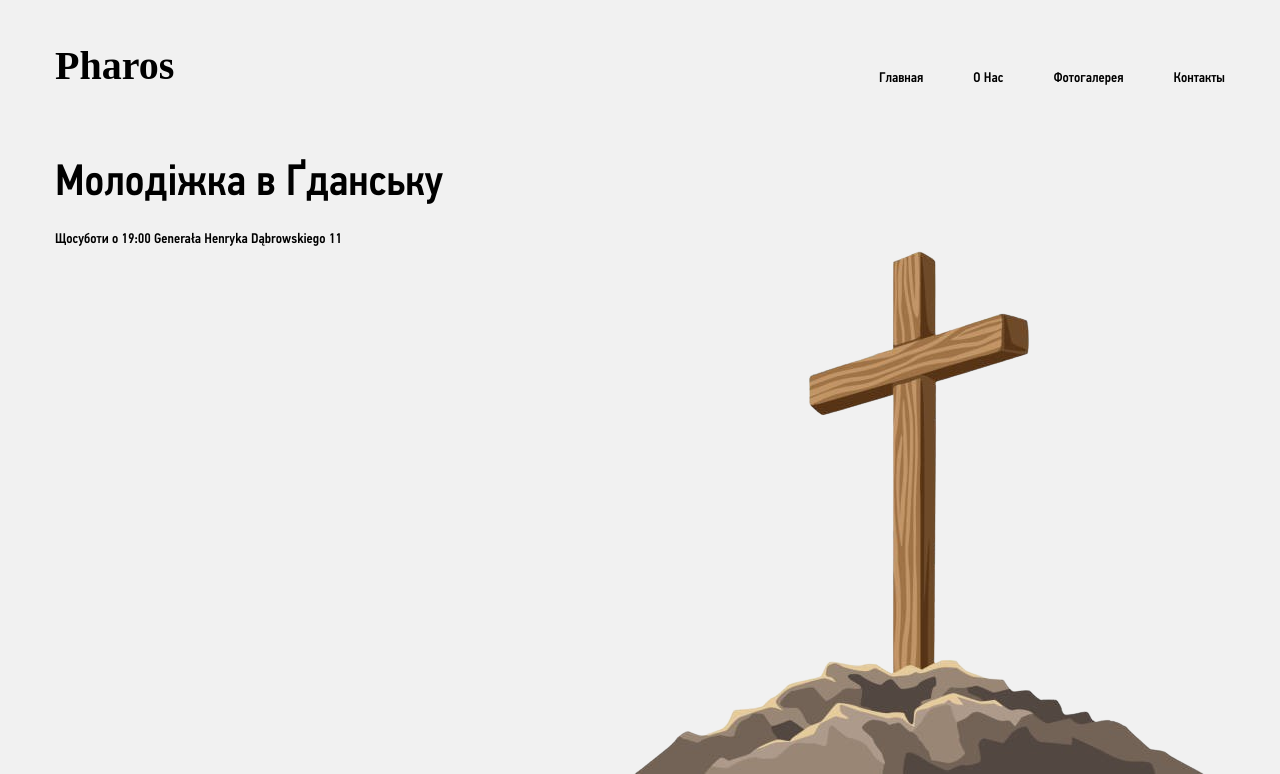
Repository: Bohdan-Sandovenko/youth-project
Page: index.html
An editor plug-in stored every save of this project. The page is shown before and after the next save, followed by the edit.
The browser window is 1280 px wide. The pictures show the whole page.
Some web fonts or font styles are not loaded; a fallback is used. The style sheet was rebuilt from its Sass, Less or Tailwind sources for each picture, by a compiler version that may differ from the author's.

Above is the page before, as saved 2024-09-10 11:07:23.

### index.html
<!DOCTYPE html>
<html lang="en">
<head>
    <meta charset="UTF-8">
    <meta name="viewport" content="width=device-width, initial-scale=1.0">
    <title>Pharos - Christian youth</title>
    <link rel="stylesheet" href="css/style.css">
    <link rel="stylesheet" href="css/media.css">
</head>
<body>
    <header class="header">
        <div class="container">
            <!--Header nav-->
            <div class="header-nav">
                <a href="#!" class="logo">Pharos</a>
                <nav class="nav">
                    <ul class="nav-list">
                        <li class="nav-item"><a href="" class="nav-link">Главная</a></li>
                        <li class="nav-item"><a href="" class="nav-link">О Нас</a></li>
                        <li class="nav-item"><a href="" class="nav-link">Фотогалерея</a></li>
                        <li class="nav-item"><a href="" class="nav-link">Контакты</a></li>
                    </ul>
                </nav>
            </div>
            <!--header content-->
            <div class="header-row">
                <div class="header-content">
                    <h1 class="header-heading">Молодіжка в Ґданську</h1>
                    <p>Щосуботи о 19:00 Generała Henryka Dąbrowskiego 11</p>
                </div>
                <div class="header-img">
                    <img src="./img/cross-chrisitian.png" alt="">
                </div>
            </div>
        </div>
    </header>
    <script src="./js/main.js"></script>
</body>
</html>

### css/style.scss
@import "nullstyles.scss";

@font-face {
    font-family: 'Poppins';
    src: url('../fonts/Poppins/PFDinTextCondPro-Medium.woff2') format('woff2');
    font-weight: 900;
    font-style: bold;
    font-display: swap;
}

@font-face {
    font-family: 'Permanent Marker';
    src: url('../fonts/Permanent/PermanentMarker-Regular.woff2') format('woff2');
    font-weight: normal;
    font-style: normal;
    font-display: swap;
}

body {
    color: black;
    font-family: 'Poppins', sans-serif;

    .header {
        padding: 46px 0px 0px 0px;
        background-color: #F1F1F1;

        .container {
            max-width: 1230px;
            padding: 0 30px;
            margin: 0 auto;

            .header-nav {
                display: flex;
                justify-content: space-between;
                align-items: flex-end;
                margin-bottom: 76px;

                .logo {
                    font-family: 'Permanent Marker';
                    font-weight: 700;
                    font-size: 40px;
                    color: black;
                }

                .nav-list {
                    display: flex;
                    column-gap: 50px; //оступы между элементами
                    font-size: 14px;

                    .nav-item {
                        .nav-link {
                            color: black;

                            &:hover {
                                color: #606060;
                            }
                        }
                    }
                }
            }

            .header-row {
                display: flex;
                justify-content: space-between;
                column-gap: 30px;

                .header-content {
                    max-width: 500px;

                    .header-heading {
                        font-weight: 600;
                        margin-bottom: 20px;
                        font-size: 44px;
                    }

                    p {
                        line-height: 2;
                    }
                }
            }
        }
    }
}

### css/nullstyles.scss
* {
    padding: 0;
    margin: 0;
    border: 0;
}


*,
*:before,
*:after {
    -webkit-box-sizing: border-box;
    -moz-box-sizing: border-box;
    box-sizing: border-box;
}


:focus,
:active {
    outline: none;
}

a:focus,
a:active {
    outline: none;
}


nav,
footer,
header,
aside {
    display: block;
}


html,
body {
    height: 100%;
    width: 100%;
    font-size: 100%;
    line-height: 1;
    font-size: 14px;
    -ms-text-size-adjust: 100%;
    -moz-text-size-adjust: 100%;
    -webkit-text-size-adjust: 100%;
}


input,
button,
textarea {
    font-family: inherit;
}


input::-ms-clear {
    display: none;
}

button {
    cursor: pointer;
}

button::-moz-focus-inner {
    padding: 0;
    border: 0;
}

a,
a:visited {
    text-decoration: none;
}

a:hover {
    text-decoration: none;
}

ul li {
    list-style: none;
}

img {
    vertical-align: top;
}

h1,
h2,
h3,
h4,
h5,
h6 {
    font-size: inherit;
    font-weight: 400;
}

Loaded but not shown: js/main.js (no stored copy; drawn as an empty file); css/media.scss (no stored copy; drawn as an empty file)

After the next save:
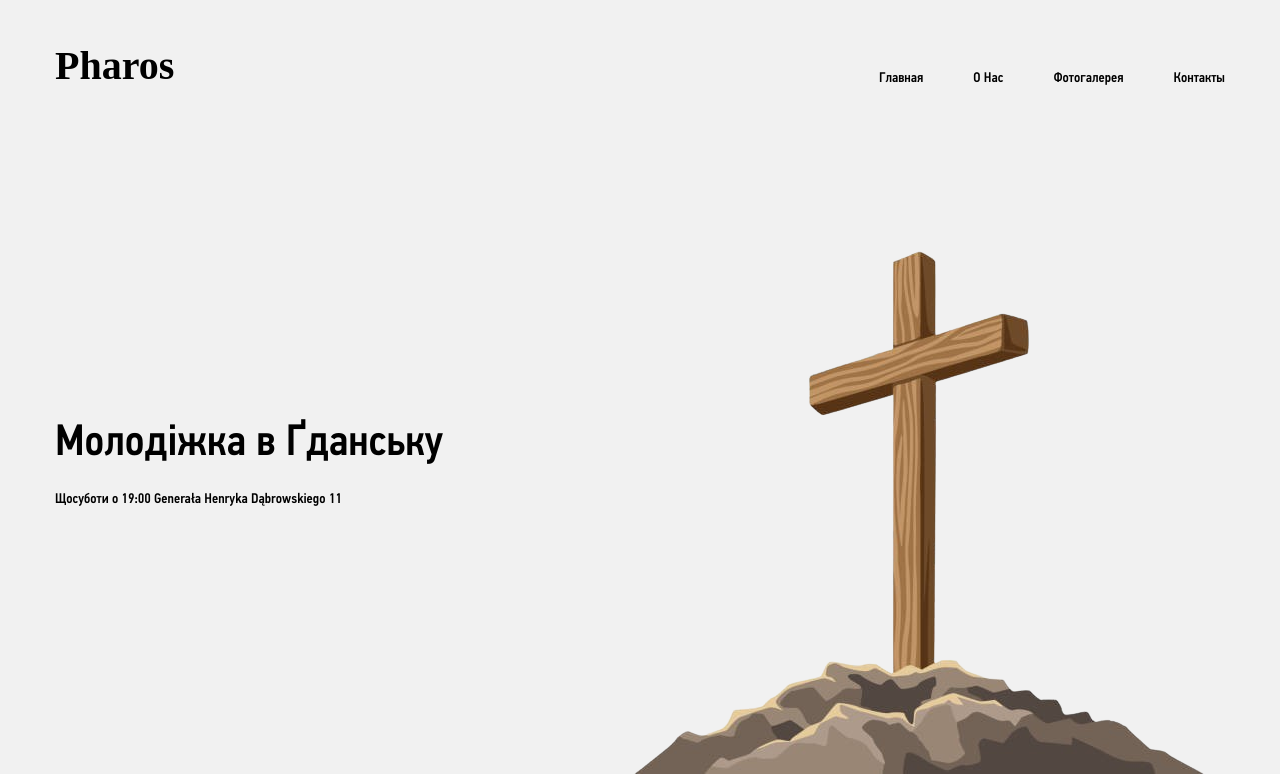
Saved 6 min 0 s later.
--- a/css/style.scss
+++ b/css/style.scss
@@ -66,6 +66,7 @@ body {
 
                 .header-content {
                     max-width: 500px;
+                    align-self: center;
 
                     .header-heading {
                         font-weight: 600;
